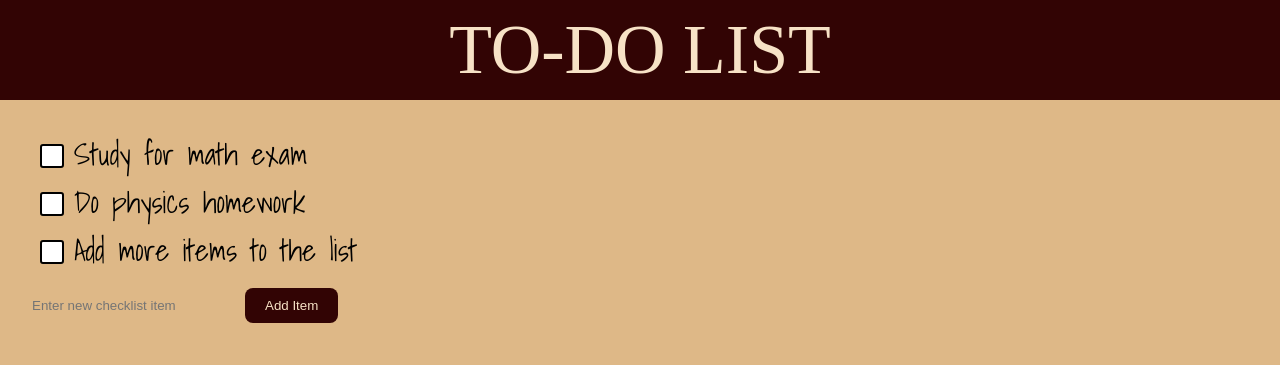
Repository: riya10483/pomodoro
Page: todo.html
These files come from the project's save history. The page is drawn as it stood at one moment and after the next save; the edit follows.
The browser window is 1280 px wide. The pictures show the whole page.
Some web fonts or font styles are not loaded; a fallback is used.

Above is the page before, as saved 2024-09-28 22:13:28.
Console error: TypeError: Cannot set properties of null (setting 'innerHTML')

### todo.html
<!DOCTYPE html>
<html lang="en">
<head>
    <meta charset="UTF-8">
    <style>
        @import url('https://fonts.googleapis.com/css2?family=Rye&display=swap');
    </style>
    <style>
        @import url('https://fonts.googleapis.com/css2?family=Shadows+Into+Light&display=swap');
    </style>
    <style>
        @import url('https://fonts.googleapis.com/css2?family=Peralta&family=Rye&display=swap');
    </style>
    <meta name="viewport" content="width=device-width, initial-scale=1.0">
    <title>To Do List</title>
    <link rel="stylesheet" href="todo.css">
</head>
<body>
    <div id="header">TO-DO LIST</div>
    <ul id="checklist">
        <li><input type="checkbox" id="item1"><label for="item1">Study for math exam</label></li>
        <li><input type="checkbox" id="item2"><label for="item2">Do physics homework</label></li>
        <li><input type="checkbox" id="item3"><label for="item3">Add more items to the list</label></li>
    </ul>

    <input type="text" id="newItemText" placeholder="Enter new checklist item">
    <button onclick="addItem()">Add Item</button>

    <script src="functions.js"></script>
</body>
</html>

### todo.css
* {
    background-color:burlywood;
    border: 0px;
    margin: 0px;
    font-family: ;
}
#header {
    color:rgb(247, 226, 198);
    padding: 10px;
    background-color:rgb(50, 4, 4);
    text-align: center;
    font-family: Rye;
    font-size: 70px;
    border: 0px;
    margin: 0px 0px 30px;
}

li {
    font-size: 30px;
    font-family: "Shadows Into Light";
    list-style: none;
}

input {
    width: 30px;
    height: 30px;
    margin: 15px 30px;
}

/* Hide the default checkbox */
input[type="checkbox"] {
    display: none;
}

/* Create a custom checkbox appearance */
input[type="checkbox"] + label:before {
    content: '';
    display: inline-block;
    width: 20px;
    height: 20px;
    margin-right: 10px;
    border: 2px solid #000;
    border-radius: 3px;
    background-color: white;
    vertical-align: middle;
}

/* Change appearance when checkbox is checked */
input[type="checkbox"]:checked + label:before {
    background-color: rgb(50, 4, 4);
    border-color: rgb(50, 4, 4);
    content: '✓';
    color: rgb(247, 226, 198);
    text-align: center;
    font-size: 18px;
    line-height: 20px;
}

/* Strike-through on label text when checkbox is checked */
input[type="checkbox"]:checked + label {
    text-decoration: line-through;
    color: rgb(176, 141, 94);
}

input[type="text"] {
    width: auto;
}

button {
    background-color: rgb(50, 4, 4);
    color: rgb(247, 226, 198);
    padding: 10px 20px;
    border-radius: 8px;
}

### functions.js

// setInterval(function () {
//     seconds -= 1
//     let timerElement = document.getElementById("timer")
//     timerElement.innerHTML = seconds

// }, 1000);

const startTiming = 25
let time = startTiming * 60

const count = document.getElementById("timer")

setInterval(updateTimer, 1000)
function updateTimer(){
    const minutes = Math.floor(time/60)
    let seconds = time % 60

    //condition ? do this : do that
    seconds  = seconds < 10 ?  '0' + seconds : seconds
    count.innerHTML = `${minutes}:${seconds}`
    time--
}

updateTimer()

let itemCount = 3;

function addItem() {
    const itemText = document.getElementById('newItemText').value;
    if (itemText.trim() !== "") {
        itemCount++;

        // Create a new list item
        const newListItem = document.createElement('li');

        // Create a new checkbox input
        const newCheckbox = document.createElement('input');
        newCheckbox.type = 'checkbox';
        newCheckbox.id = 'item' + itemCount;

        // Create a label for the checkbox
        const newLabel = document.createElement('label');
        newLabel.setAttribute('for', newCheckbox.id);
        newLabel.textContent = itemText;

        // Append checkbox and label to the list item
        newListItem.appendChild(newCheckbox);
        newListItem.appendChild(newLabel);

        // Append the new list item to the checklist
        document.getElementById('checklist').appendChild(newListItem);

        // Clear the input field after adding the item
        document.getElementById('newItemText').value = "";
    } else {
        alert("Please enter a valid item.");
    }
}

After the next save:
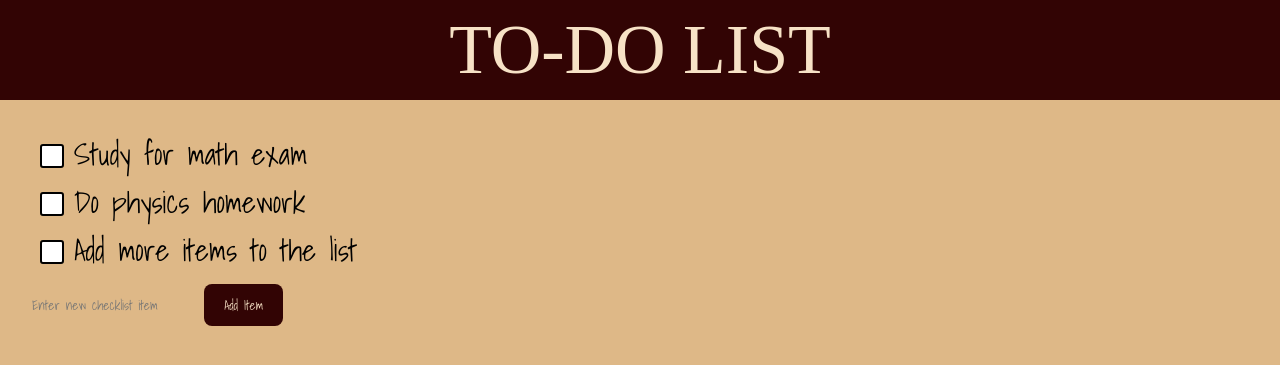
Saved 10 s later.
--- a/todo.css
+++ b/todo.css
@@ -2,7 +2,7 @@
     background-color:burlywood;
     border: 0px;
     margin: 0px;
-    font-family: ;
+    font-family: "Shadows Into Light";
 }
 #header {
     color:rgb(247, 226, 198);
